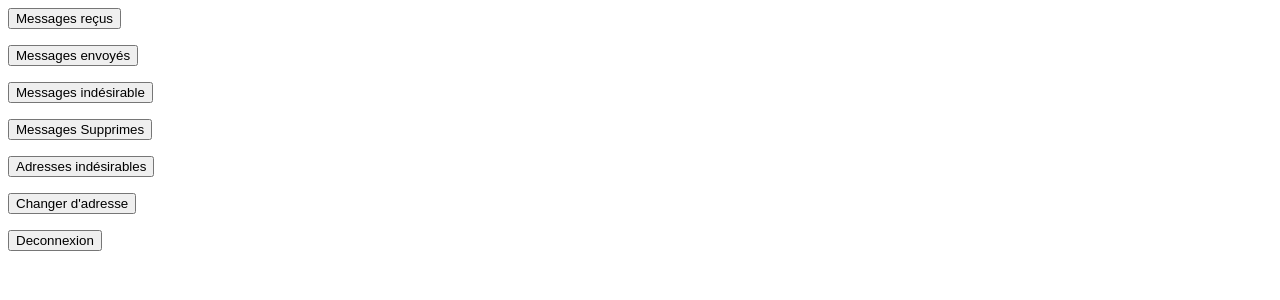
Repository: N1portekoi/JEE
Page: http://localhost/WebMail/JSP/includes/Menu.jsp
The author's editor kept a copy of each file at every save. The page is drawn from the files as they stood at one save, then again after the next save.
The browser window is 1280 px wide. The pictures show the whole page.
The page is served by Tomcat 9.

Above is the page before, as saved 2017-01-12 21:38:18.

After the next save:
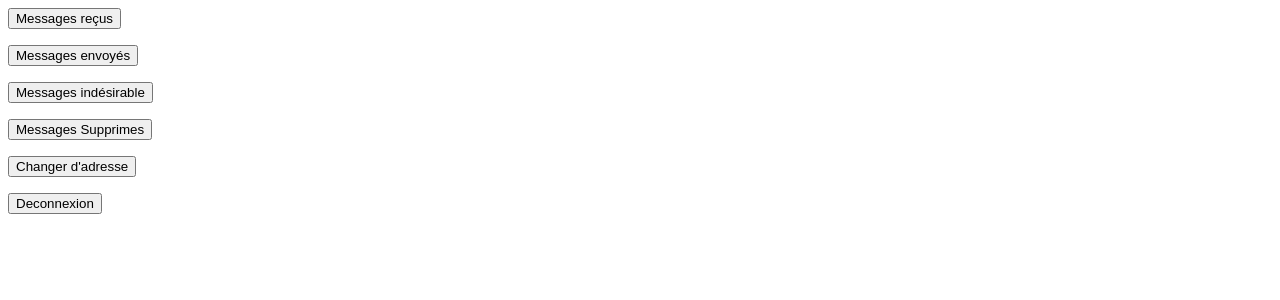
Saved 36 s later.
--- a/WebMail/WebContent/JSP/includes/Menu.jsp
+++ b/WebMail/WebContent/JSP/includes/Menu.jsp
@@ -14,9 +14,6 @@
 	<form class="boutonMsg" method="POST" action="MessagesSupprimes">
 		<input type="submit"   value="Messages Supprimes" />
 	</form>
-	<form class="boutonMsg" method="GET" action="AdressesIndesirables">
-		<input type="submit"   value="Adresses indésirables" />
-	</form>
 	<form class="boutonMsg" method="POST" action="Adresses">
 		<input type="submit"   value="Changer d'adresse" />
 	</form>
